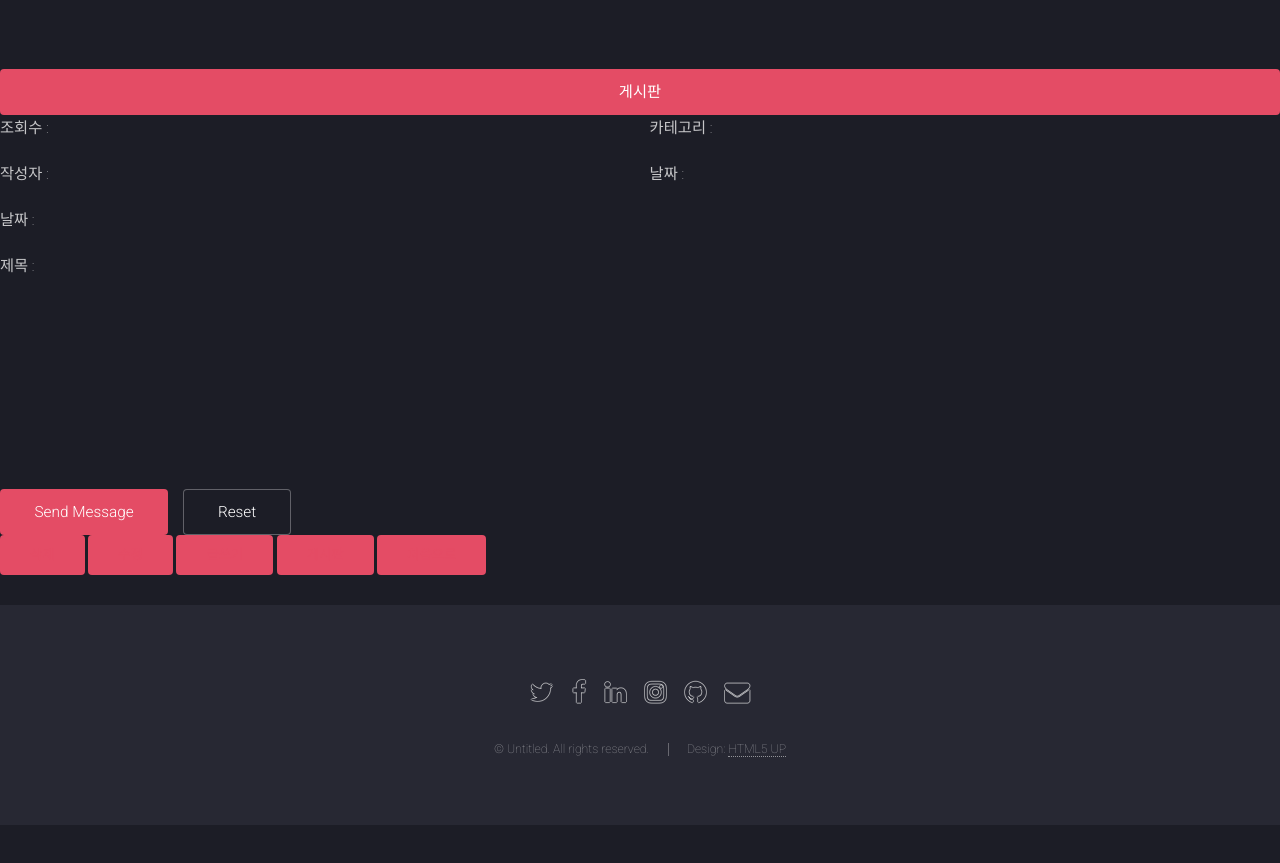
Repository: worMholEamkim/SpringEX
Page: http://localhost/bbs/bbsview.do
An editor plug-in stored every save of this project. The page is shown before and after the next save, followed by the edit.
The browser window is 1280 px wide. The pictures show the whole page.
The page is served by Tomcat 9. Other server files are loaded and not shown. Queries for data that is not in the repository find no rows.

Above is the page before, as saved 2019-03-18 01:08:11.

### JSP_WepPage_Server-master.zip_expanded/JSP_WepPage_Server-master/bbs/WebContent/WEB-INF/bbsview.jsp
<%-- <%@ page language="java" contentType="text/html; charset=UTF-8"
	pageEncoding="UTF-8"%>
<%@ taglib prefix="c" uri="http://java.sun.com/jsp/jstl/core"%>

<!DOCTYPE html>
<html lang="en">
<head>
<title>게시판 볼거야 야무지게</title>
<meta charset="utf-8">
		<meta charset="utf-8" />
		<meta name="viewport" content="width=device-width, initial-scale=1, user-scalable=no" />
		<link rel="stylesheet" href="assets/css/main.css" />
</head>
<body class="is-preload">
	<%
		String sessionID = null;
		if (session.getAttribute("sessionID") != null) {
			sessionID = (String) session.getAttribute("sessionID");
		}
	%>
	<div class="table-wrapper">

		<div class="w3-panel">
				<thead>
						<h3 class="button primary fit">게시판</h3>
						<td width=25%>조회수: ${bbsview.bbsHit}</td>
						<td width=25%>카테고리	: ${bbsview.bbsCategory}</td>
						<td width=25%>작성자: ${bbsview.id}</td>
						<td width=25%>날짜: ${bbsview.bbsDate}</td>
					</tr>
				</thead>
				<tbody>
					<tr>
						<td colspan="4">
							<button class="w3-button w3-block w3-button w3-black">제목
								: ${bbsview.bbsTitle}</button>
						</td>
					</tr>

					<tr>
						<td colspan="4">
							<div class="w3-panel">
								<p style="background-color: black; color: white; font-size: 20px; line-height:2; padding: 50px 50px;">
									${bbsview.bbsContent}</p>
							</div>
						</td>
					</tr>
					<tr>
					</tr>
					<tr>
						<td colspan="4">
							<div class="w3-panel">
								<c:forEach var="item" items="${files}" >
									<a href="bbsFile.do?id=${item.fileId}" target="_blank">${item.orgn_File_Nm}
									</a>
								</c:forEach>
							</div>
						</td>
					</tr>

					<tr>
						<td></td>
						<c:choose>
							<c:when test="${bbsview.id ==sessionID}">
								<td>
									<button class="w3-button w3-block w3-button w3-red">

										<a href="bbsdelete.do?id=${bbsview.bbsId}">삭제</a>

									</button>
								</td>
								<td>
									<button class="w3-button w3-block w3-button w3-black">

										<a href="bbsupdate.do?id=${bbsview.bbsId}">수정</a>

									</button>
								</td>
							</c:when>
							<c:otherwise>
								<td>
									<button class="w3-button w3-block w3-button w3-red">
										삭제x</button>
								</td>
								<td>
									<button class="w3-button w3-block w3-button w3-black">
										수정x</button>
								</td>
							</c:otherwise>
						</c:choose>
						<td>
							<button class="w3-button w3-block w3-button w3-indigo">
								<a href='bbsupload2.do'>글쓰기</a>
							</button>
						</td>
					</tr>
				</tbody>
				<tfoot>
					<tr>
						<td>
						</td>

						<td colspan="2">
							<button class="w3-button w3-block w3-button w3-indigo">
								<a href='bbs.do'>게시판</a>
							</button>
						</td>

						<td>
						</td>
					</tr>

					<tr>
						<td colspan="4">
							<button class="w3-button w3-block w3-button w3-black">
								<a href='home.do'>처음으로</a>
							</button>
						</td>
					</tr>
					<tr>
						<td colspan="2"></td>
						<td colspan="2" align="right">
<!-- 							<div style="display: inline-block; width: 100%;"> -->
<!-- 								<form> -->
<!-- 									<input type="text" name="commentContent" -->
<!-- 										style="width: 90%; padding: 12px 20px; margin: 8px 0; box-sizing: border-box; border: 2px solid glay; outline: none;"> -->

<!-- 									<button type="submit" -->
<!-- 										class="w3-button w3-block w3-button w3-red" -->
<!-- 										style="width: 40%;"> -->
										<a href='bbscomment.do?id=${bbsview.bbsId}'>댓글달기</a>
<!-- 									</button> -->
<!-- 								</form> -->
<!-- 							</div> -->
						</td>
					</tr>
				</tfoot>
			</table>
		</div>
	</div>
</body>
</html> --%>
<%@ page language="java" contentType="text/html; charset=UTF-8"
	pageEncoding="UTF-8"%>
<%@ taglib prefix="c" uri="http://java.sun.com/jsp/jstl/core"%>

<!DOCTYPE html>
<html lang="en">
<head>
<title>게시판 볼거야 야무지게</title>
<meta charset="utf-8">
		<meta charset="utf-8" />
		<meta name="viewport" content="width=device-width, initial-scale=1, user-scalable=no" />
		<link rel="stylesheet" href="assets/css/main.css" />
<style>
 	col-6 {
	    transition: border-color 0.2s ease-in-out;
    background: transparent;
    border-radius: 4px;
    border: solid 1px rgba(255, 255, 255, 0.3);
    color: inherit;
    display: block;
    outline: 0;
    padding: 0 1em;
    text-decoration: none;
    width: 100%;
	}
</style>

</head>
<body class="is-preload">
	<%
		String sessionID = null;
		if (session.getAttribute("sessionID") != null) {
			sessionID = (String) session.getAttribute("sessionID");
		}
	%>
	<div class="wrapper style1">


							<section>

								<form>
								<botton class="button primary fit">게시판</botton>
									<div class="row gtr-uniform gtr-50">


										<div class="col-6">
											조회수 : ${bbsview.bbsHit}
										</div>
										<div class="col-6">
											카테고리 : ${bbsview.bbsCategory}
										</div>
										<div class="col-6">
											작성자 : ${bbsview.id}
										</div>
										<div class="col-6">
											날짜 : ${bbsview.bbsDate}
										</div>
										<div class="col-6">
											날짜 : ${bbsview.bbsDate}
										</div>
										<div class="col-12">
											제목 : ${bbsview.bbsTitle}
										</div>
										<blockquote>
										<div class="col-12">
											<p style=" font-size: 20px; line-height:2; padding: 50px 50px;">
										${bbsview.bbsContent}</p>
										</div>
								</blockquote>
										<div class="col-6">
											<c:forEach var="item" items="${files}" >
												<a href="bbsFile.do?id=${item.fileId}" target="_blank">${item.orgn_File_Nm}
												</a>
											</c:forEach>
										</div>
										<div class="col-12">
											<ul class="actions">
												<li><input type="submit" value="Send Message" class="primary" /></li>
												<li><input type="reset" value="Reset" /></li>
											</ul>
										</div>
									</div>

									<div>
										<c:choose>
											<c:when test="${bbsview.id ==sessionID}">
												<td>
											<button class="button primary">

												<a href="bbsdelete.do?id=${bbsview.bbsId}">삭제</a>

											</button>
											</td>
											<td>
									<button class="button primary">

										<a href="bbsupdate.do?id=${bbsview.bbsId}">수정</a>

									</button>
								</td>
							</c:when>
							<c:otherwise>
								<td>
									<button class="button primary">
										삭제x</button>
								</td>
								<td>
									<button class="button primary">
										수정x</button>
								</td>
							</c:otherwise>
						</c:choose>

								</form>
	<td>
							<button class="button primary">
								<a href='bbsupload2.do'>글쓰기</a>
							</button>
						</td>
					</tr>
				</tbody>
				<tfoot>
					<tr>
						<td>
						</td>

						<td colspan="2">
							<button class="button primary">
								<a href='bbs.do'>게시판</a>
							</button>
						</td>

						<td>
						</td>
					</tr>

					<tr>

							<button class="button primary">
								<a href='home.do'>처음으로</a>
							</button>

					</tr>
							</section>
							<footer id="footer">
					<ul class="icons">
						<li><a href="#" class="icon alt fa-twitter"><span class="label">Twitter</span></a></li>
						<li><a href="#" class="icon alt fa-facebook"><span class="label">Facebook</span></a></li>
						<li><a href="#" class="icon alt fa-linkedin"><span class="label">LinkedIn</span></a></li>
						<li><a href="#" class="icon alt fa-instagram"><span class="label">Instagram</span></a></li>
						<li><a href="#" class="icon alt fa-github"><span class="label">GitHub</span></a></li>
						<li><a href="#" class="icon alt fa-envelope"><span class="label">Email</span></a></li>
					</ul>
					<ul class="copyright">
						<li>&copy; Untitled. All rights reserved.</li><li>Design: <a href="http://html5up.net">HTML5 UP</a></li>
					</ul>
				</footer>

		</div>

### JSP_WepPage_Server-master.zip_expanded/JSP_WepPage_Server-master/bbs/src/com/jsp/controller/BbsViewController.java
package com.jsp.controller;

import java.io.IOException;
import java.util.List;

import javax.servlet.RequestDispatcher;
import javax.servlet.ServletException;
import javax.servlet.http.HttpServlet;
import javax.servlet.http.HttpServletRequest;
import javax.servlet.http.HttpServletResponse;

import com.jsp.dao.BbsDao;
import com.jsp.dao.BbsFileDao;
import com.jsp.dto.BbsDto;
import com.jsp.dto.BbsFileDto;

public class BbsViewController extends HttpServlet {

	@Override
	protected void doGet(HttpServletRequest req, HttpServletResponse resp) throws ServletException, IOException {
		process(req, resp);
	}

	@Override
	protected void doPost(HttpServletRequest req, HttpServletResponse resp) throws ServletException, IOException {
		process(req, resp);
	}

	private void process(HttpServletRequest req, HttpServletResponse resp) throws ServletException, IOException {

		// bbsview에서 id에 넘긴 글번호 수가 넘어옴
		String bbsId = req.getParameter("id");
		BbsDao bbsDao = BbsDao.getInstance();
		BbsDto bbsDto = new BbsDto();
		int result = bbsDao.hitUpdate(bbsId);
		bbsDto = bbsDao.selectById(bbsId);
		// bbsId 확인
		//System.out.println("컨트롤러에서 id =" + bbsId);
		// bbsDto 확인
		//System.out.println("컨트롤러에서 " + bbsDto.toString());
		req.setAttribute("bbsview", bbsDto);


		BbsFileDao bbsfDao = BbsFileDao.getInstance();
		List<BbsFileDto> files = bbsfDao.selectByBbsId(bbsId);
		//
		System.out.println("컨트롤러에서 files " + files);
		req.setAttribute("files", files);
		RequestDispatcher rd = req.getRequestDispatcher("/WEB-INF/bbsview.jsp");
		rd.forward(req, resp);
	}
}

### JSP_WepPage_Server-master.zip_expanded/JSP_WepPage_Server-master/bbs/src/com/jsp/dto/BbsDto.java
package com.jsp.dto;

public class BbsDto {

	private String id;
	private String bbsId;
	private String bbsTitle;
	private String bbsDate;
	private String bbsCategory;
	private String bbsContent;
	private String bbsHit;

	public String getId() {
		return id;
	}
	public void setId(String id) {
		this.id = id;
	}
	public String getBbsId() {
		return bbsId;
	}
	public void setBbsId(String bbsId) {
		this.bbsId = bbsId;
	}
	public String getBbsTitle() {
		return bbsTitle;
	}
	public void setBbsTitle(String bbsTitle) {
		this.bbsTitle = bbsTitle;
	}
	public String getBbsDate() {
		return bbsDate;
	}
	public void setBbsDate(String bbsDate) {
		this.bbsDate = bbsDate;
	}
	public String getBbsCategory() {
		return bbsCategory;
	}
	public void setBbsCategory(String bbsCategory) {
		this.bbsCategory = bbsCategory;
	}
	public String getBbsContent() {
		return bbsContent;
	}
	public void setBbsContent(String bbsContent) {
		this.bbsContent = bbsContent;
	}
	public String getBbsHit() {
		return bbsHit;
	}
	public void setBbsHit(String bbsHit) {
		this.bbsHit = bbsHit;
	}
	@Override
	public String toString() {
		return "BbsDto [id=" + id + ", bbsId=" + bbsId + ", bbsTitle=" + bbsTitle + ", bbsDate=" + bbsDate
				+ ", bbsCategory=" + bbsCategory + ", bbsContent=" + bbsContent + ", bbsHit=" + bbsHit + "]";
	}

}

### JSP_WepPage_Server-master.zip_expanded/JSP_WepPage_Server-master/bbs/src/com/jsp/dao/BbsFileDao.java
package com.jsp.dao;

import java.sql.Connection;
import java.sql.DriverManager;
import java.sql.PreparedStatement;
import java.sql.ResultSet;
import java.sql.SQLException;
import java.util.ArrayList;
import java.util.List;
import java.util.Map;

import com.jsp.dto.BbsFileDto;

public class BbsFileDao {

	private static BbsFileDao bbsfDao;
	private Connection conn;
	private PreparedStatement pstmt;
	private int result;
	private ResultSet rs;
	//Map<String, Object> map;
	private List<BbsFileDto> bbsfList;
	private ArrayList fileIdList;


	private BbsFileDao() {

	}

	public static synchronized BbsFileDao getInstance() {
		if(bbsfDao == null) {
			bbsfDao = new BbsFileDao();
		}
		return bbsfDao;
	}

	public Connection getConnect() {
		String url = "jdbc:oracle:thin:@localhost:1521:xe";
		String id = "BIG";
		String pw = "1234";
		try {
			Class.forName("core.log.jdbc.driver.OracleDriver");
			conn = DriverManager.getConnection(url, id, pw);
		} catch(ClassNotFoundException e) {
			e.printStackTrace();
		} catch(SQLException e) {
			e.printStackTrace();
		}
		return conn;
	}



	public List<BbsFileDto> selectByBbsId(String bbsid) {
		System.out.println("야 갓재?");
		conn = this.getConnect();

		StringBuffer query = new StringBuffer();
		query.append("SELECT *");
		query.append(" FROM BBS_FILE");
		query.append(" WHERE BBSID=?");
		System.out.println("쿼리확인");
		try {
			pstmt = conn.prepareStatement(query.toString());
			pstmt.setString(1, bbsid);
			rs = pstmt.executeQuery();
			bbsfList = new ArrayList<>();

			while (rs.next()) {
				BbsFileDto bbsfDto = new BbsFileDto();
				bbsfDto.setFileId(rs.getString("FILEID"));
				bbsfDto.setOrgn_File_Nm(rs.getString("ORGN_FILE_NM"));
				// bbsfDto 확인
				System.out.println("filedao에서 bbsfdto" + bbsfDto);
				bbsfList.add(bbsfDto);

			}

		} catch (SQLException e) {

		} finally {
			this.close(conn, pstmt, null);
		}
		return bbsfList;
	}

	public String selectById(String fileId) {

		String bbsFile="";
		conn = this.getConnect();
		StringBuffer query = new StringBuffer();
		query.append("SELECT SAVE_FILE_NM");
		query.append("	FROM BBS_FILE");
		query.append("	WHERE FILEID=?");
		try {
			pstmt = conn.prepareStatement(query.toString());
			pstmt.setString(1,  fileId);
			rs = pstmt.executeQuery();

			if(rs.next()) {
				bbsFile = rs.getString("SAVE_FILE_NM");
			}
		} catch (SQLException e) {

		} finally {
			this.close(conn, pstmt, null);
		}
		return bbsFile;
	}

	public int delete(int id) {

			conn = this.getConnect();
			StringBuffer query = new StringBuffer();

			try {

				query.append("DELETE FROM BBS_FILE");
				query.append("	WHERE BBSID = ?");
				pstmt = conn.prepareStatement(query.toString());
				pstmt.setInt(1, id);
				int result = pstmt.executeUpdate();
				return result;
			} catch (SQLException e) {
				e.printStackTrace();
			} finally {
				this.close(conn, pstmt, null);
			}
			return -1;
		}

	public void close(Connection conn, PreparedStatement stmt, ResultSet rs) {
		if (rs != null) {
			try {
				rs.close();
			} catch (SQLException e) {
			}
		}
		if (stmt != null) {
			try {
				stmt.close();
			} catch (SQLException e) {
			}
		}
		if (conn != null) {
			try {
				conn.close();
			} catch (SQLException e) {
			}
		}
	}



}

Loaded but not shown: JSP_WepPage_Server-master.zip_expanded/JSP_WepPage_Server-master/bbs/WebContent/assets/css/font-awesome.min.css (library); JSP_WepPage_Server-master.zip_expanded/JSP_WepPage_Server-master/bbs/WebContent/assets/css/main.css (4070 lines, source omitted); JSP_WepPage_Server-master.zip_expanded/JSP_WepPage_Server-master/bbs/src/com/jsp/dao/BbsDao.java (376 lines, source omitted)

After the next save:
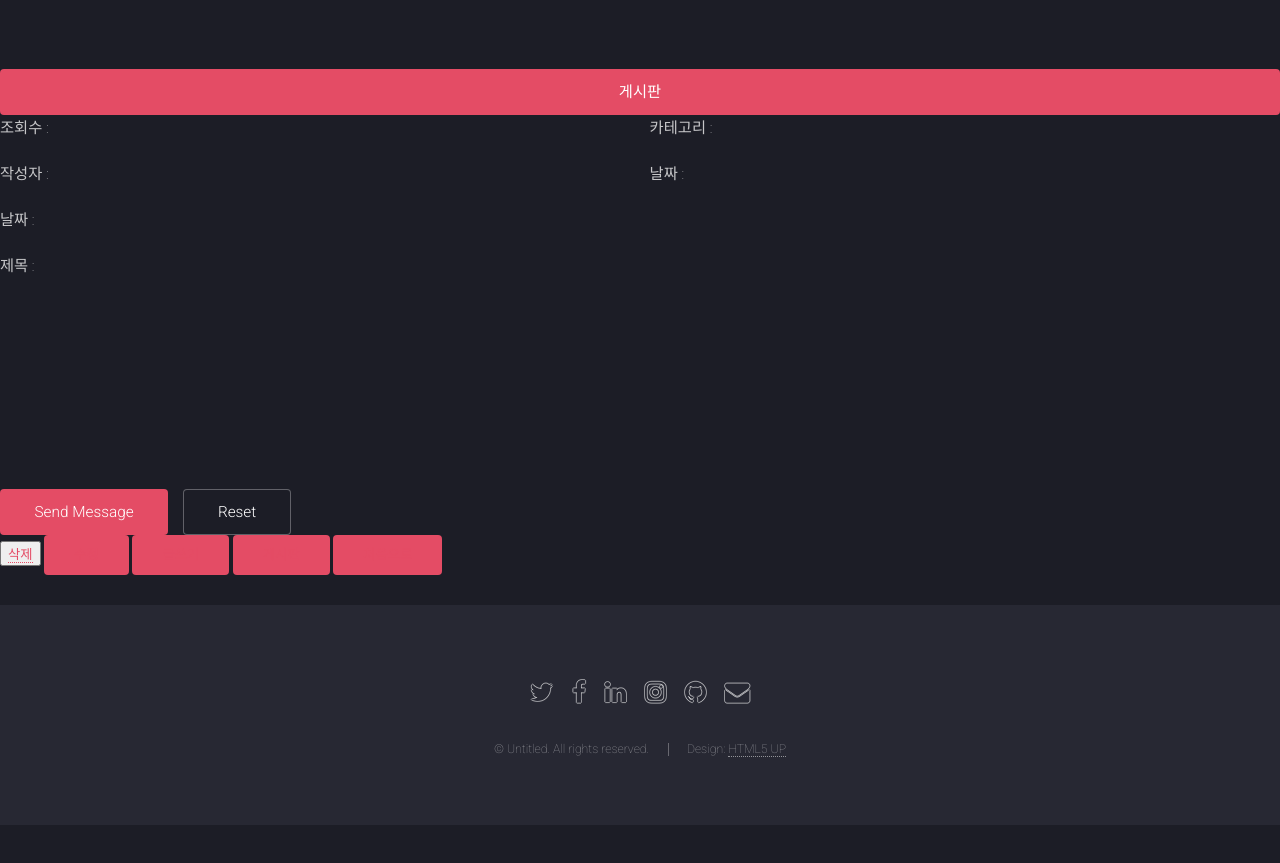
Saved 7 min 50 s later.
--- a/JSP_WepPage_Server-master.zip_expanded/JSP_WepPage_Server-master/bbs/WebContent/WEB-INF/bbsview.jsp
+++ b/JSP_WepPage_Server-master.zip_expanded/JSP_WepPage_Server-master/bbs/WebContent/WEB-INF/bbsview.jsp
@@ -227,7 +227,7 @@
 										<c:choose>
 											<c:when test="${bbsview.id ==sessionID}">
 												<td>
-											<button class="button primary">
+											<button class="primary">
 
 												<a href="bbsdelete.do?id=${bbsview.bbsId}">삭제</a>
 

After the save that followed:
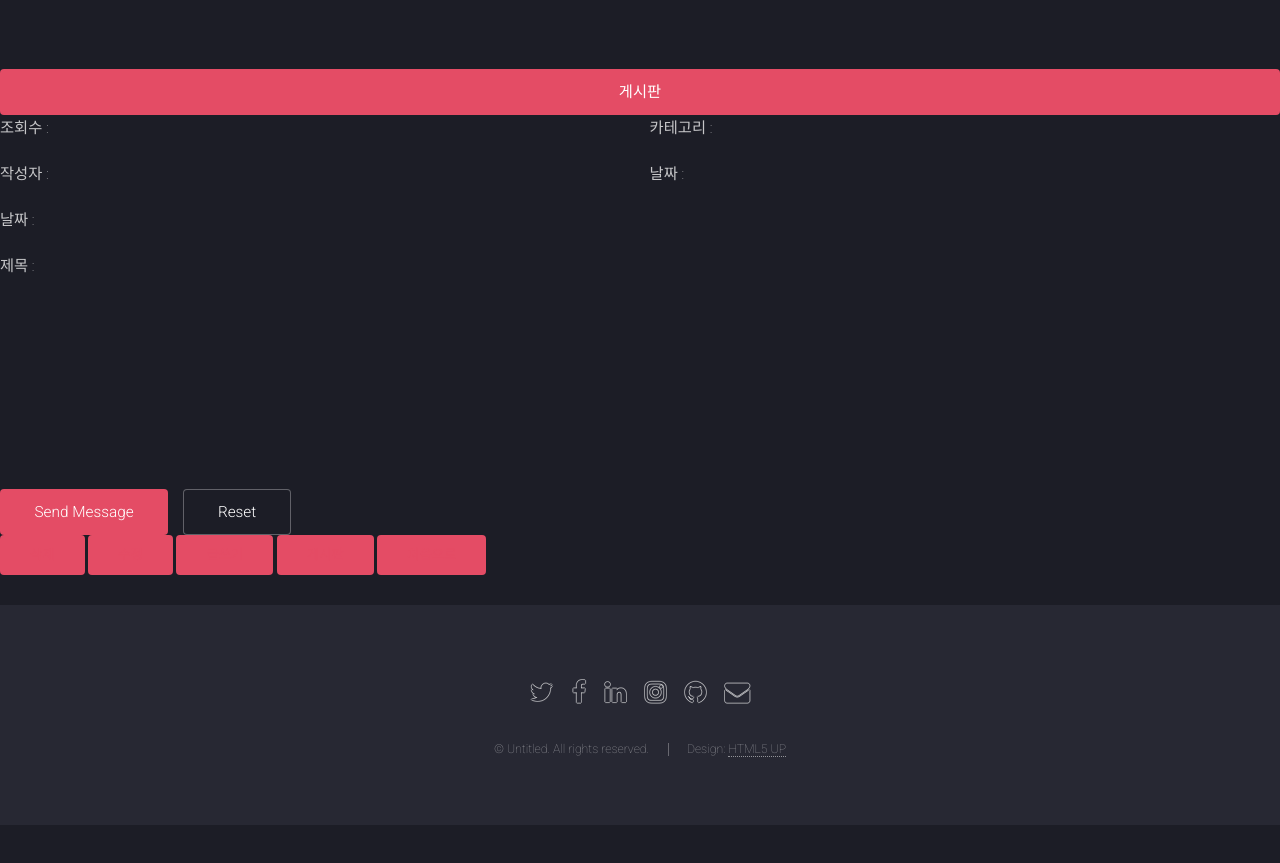
Saved 38 s later.
--- a/JSP_WepPage_Server-master.zip_expanded/JSP_WepPage_Server-master/bbs/WebContent/WEB-INF/bbsview.jsp
+++ b/JSP_WepPage_Server-master.zip_expanded/JSP_WepPage_Server-master/bbs/WebContent/WEB-INF/bbsview.jsp
@@ -227,7 +227,7 @@
 										<c:choose>
 											<c:when test="${bbsview.id ==sessionID}">
 												<td>
-											<button class="primary">
+											<button class="button primary">
 
 												<a href="bbsdelete.do?id=${bbsview.bbsId}">삭제</a>
 
